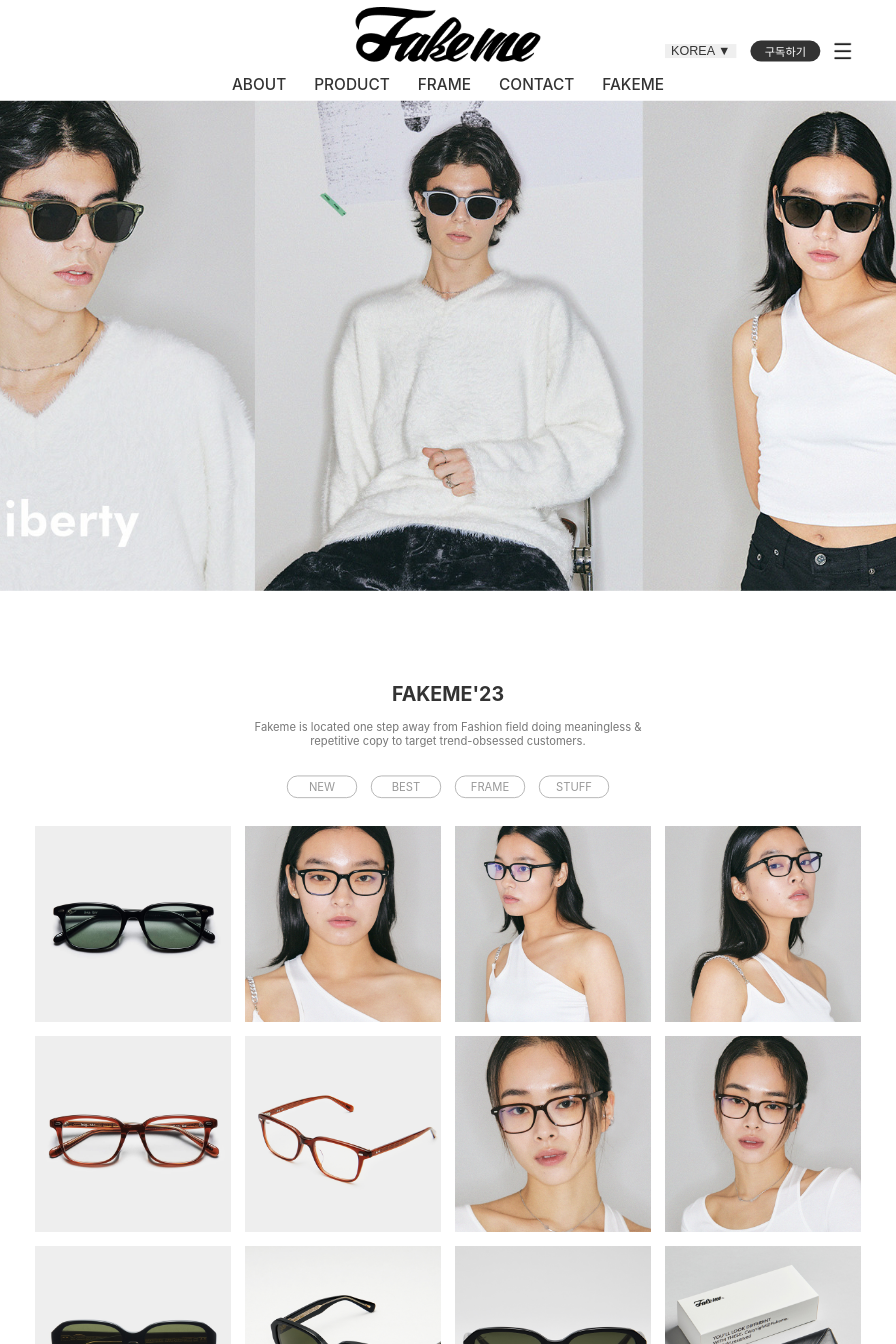
Repository: songjiwon17/fakeme_project
Page: /
An editor plug-in stored every save of this project. The page is shown before and after the next save, followed by the edit.
The browser window is 1280 px wide. The pictures show the part of the page from y = 0 to 1920 px (the page is 7148 px tall), at 70% of full size.
The project was rebuilt for these pictures with package versions that can differ from the ones it lists, and the page was loaded fresh each time. Also part of the build but not shown: src/pages/About.jsx, src/data/product.js, src/pages/Product.jsx, src/pages/Frame.jsx, src/pages/Contact.jsx, src/pages/Fakeme.jsx.

Above is the page before, as saved 2023-11-23 12:56:48.

After the next save:
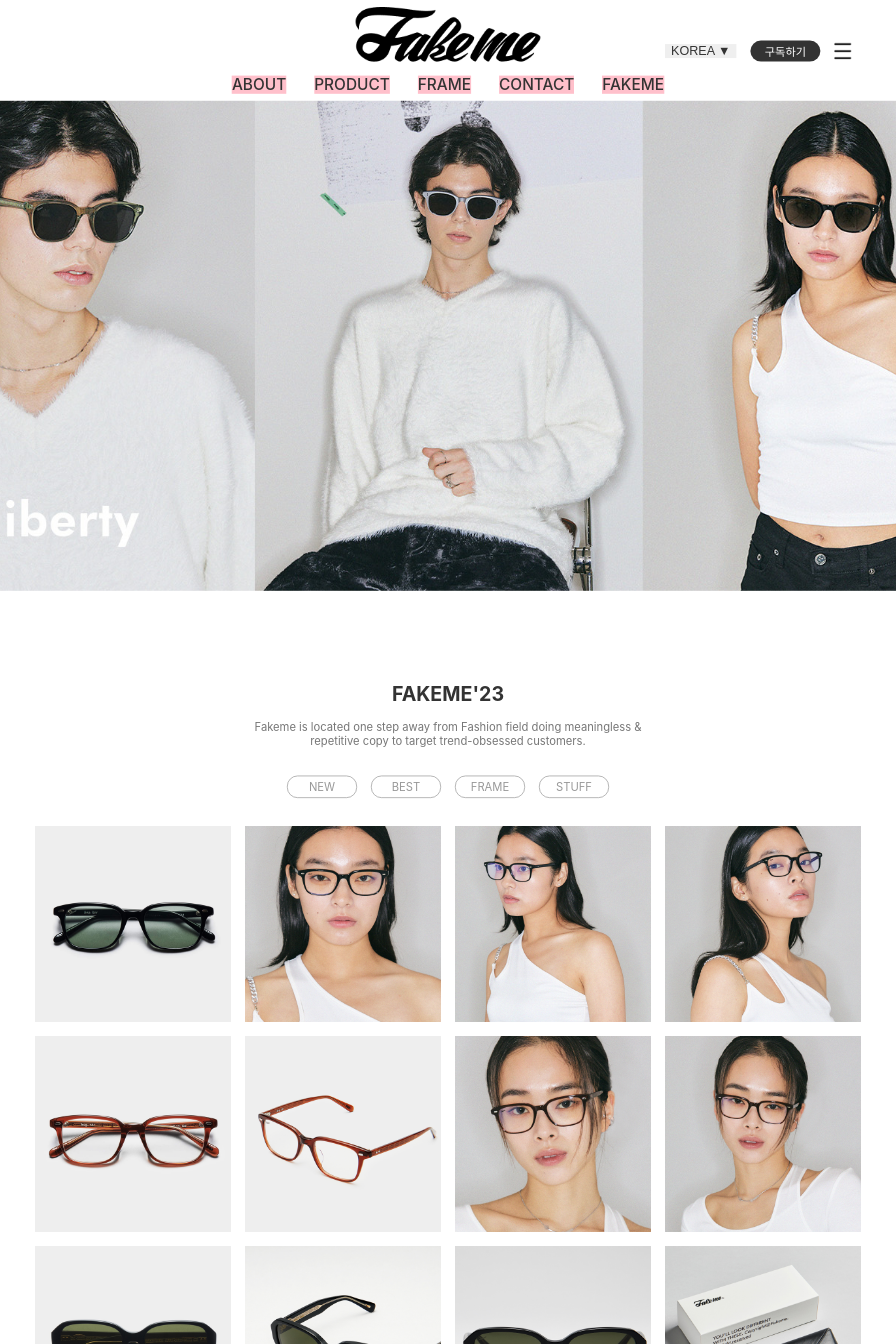
Saved 55 s later.
--- a/src/components/App.css
+++ b/src/components/App.css
@@ -63,7 +63,7 @@
 .gnb > ul > li{padding: 10px 20px;}
 .gnb > ul > li a{
   font-size: 22px; font-weight: 500;
-  text-transform: uppercase;
+  text-transform: uppercase; background-color: pink;
 }
 
 /* visual */

After the 3 saves that followed:
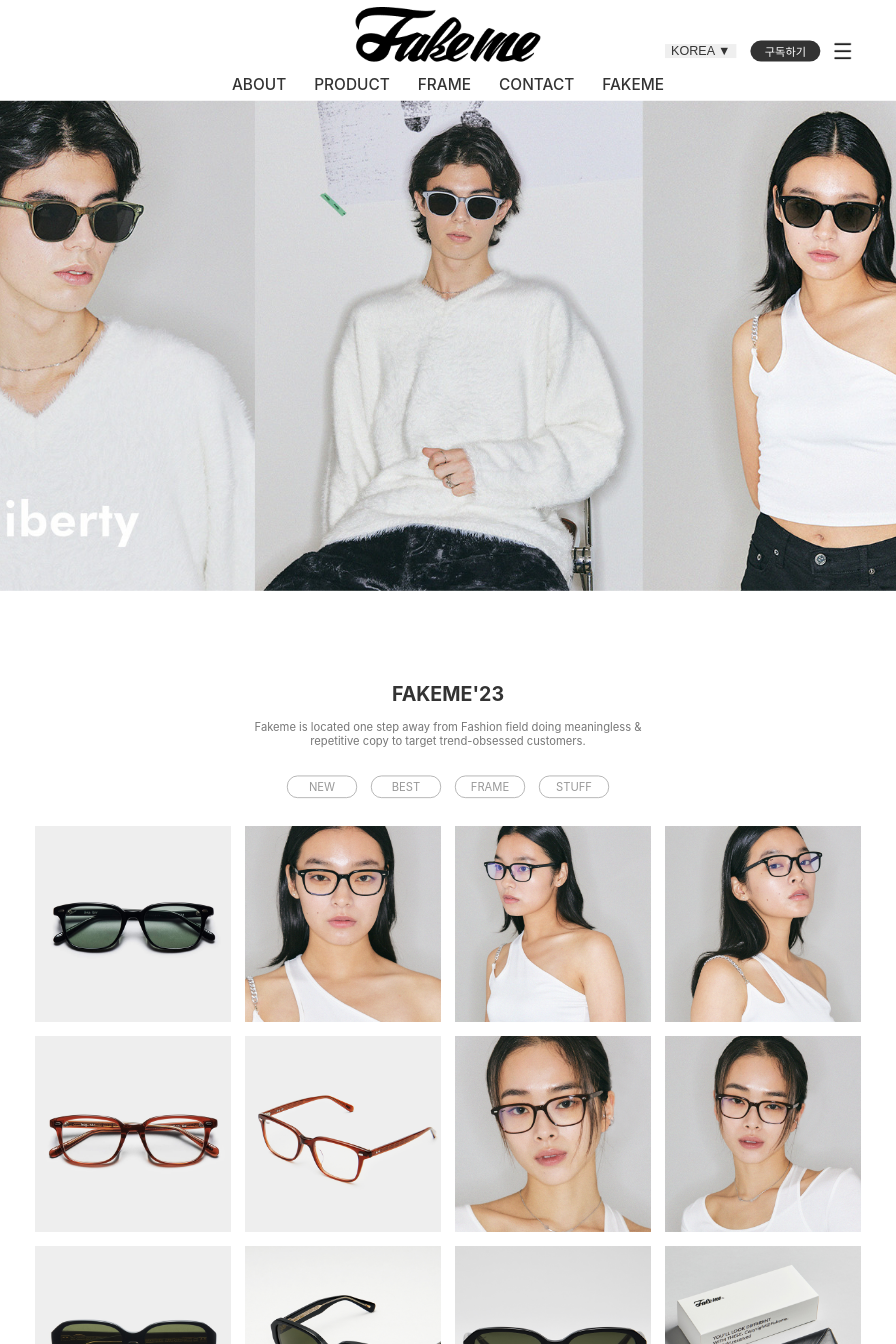
The 3 saves are shown as one change because 2 left the picture as it was.
The last was saved 108 s later.
--- a/src/components/App.css
+++ b/src/components/App.css
@@ -63,7 +63,7 @@
 .gnb > ul > li{padding: 10px 20px;}
 .gnb > ul > li a{
   font-size: 22px; font-weight: 500;
-  text-transform: uppercase; background-color: pink;
+  text-transform: uppercase;
 }
 
 /* visual */
